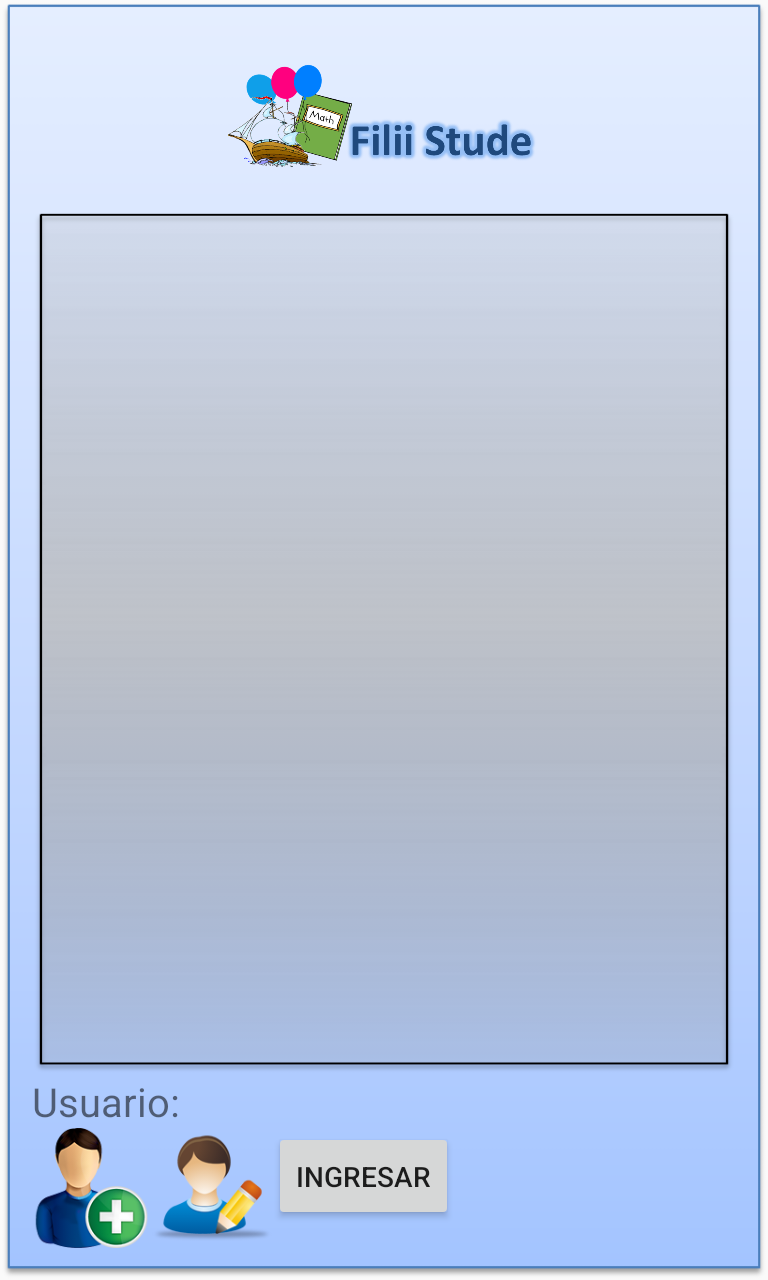
Repository: AntonioloNeviani/ProyectoDeInvestigacion_Android
Layout: FiliiStude/res/layout/activity_main.xml
These files come from the project's save history. The layout is drawn as it stood at one moment and after the next save; the edit follows.
It is drawn on a 768 x 1280 px phone screen (xhdpi) without system bars, with theme AppTheme; the app's code is not run. Lists and similar views that code fills are empty.

Above is the layout before, as saved 2015-05-26 17:29:54.

After the next save:
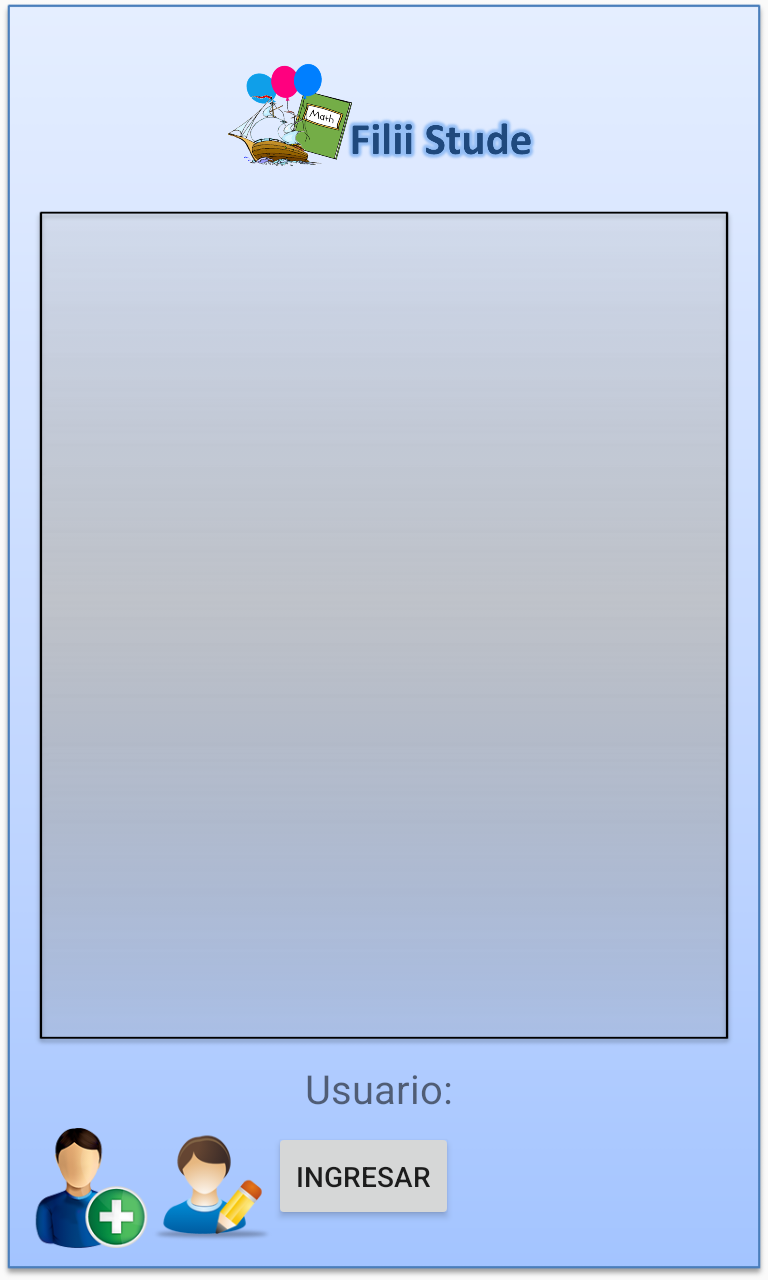
Saved 3 min 45 s later.
--- a/FiliiStude/res/layout/activity_main.xml
+++ b/FiliiStude/res/layout/activity_main.xml
@@ -51,8 +51,9 @@
             <TextView
                 android:id="@+id/txtUsuario"
                 android:layout_width="match_parent"
-                android:layout_height="wrap_content"
+                android:layout_height="40dp"
                 android:text="Usuario: "
+                android:gravity="center"
                 android:textSize="20sp" />
 
         </LinearLayout>
